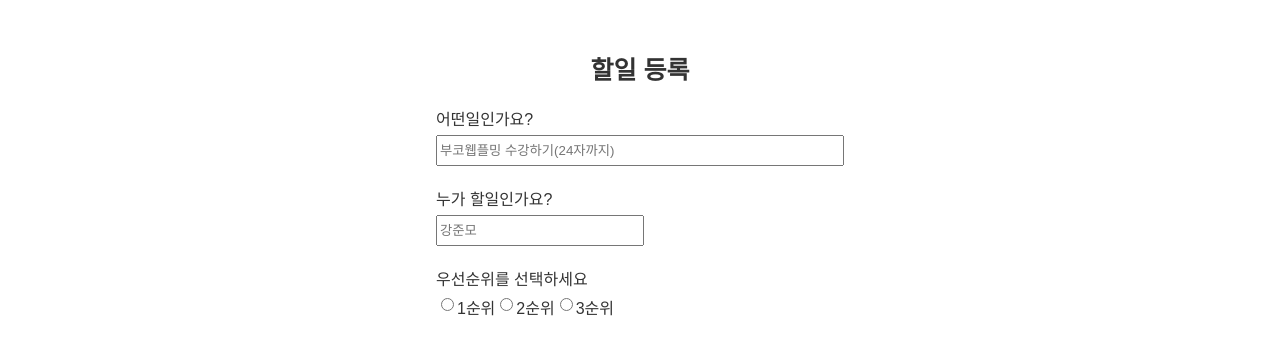
Repository: JmKanmo/BoostCourse_WebProgramming
Page: http://localhost/Todo/TodoFormServlet
An editor plug-in stored every save of this project. The page is shown before and after the next save, followed by the edit.
The browser window is 1280 px wide. The pictures show the whole page.
The page is served by Tomcat 9. Other server files are loaded and not shown.

Above is the page before, as saved 2020-01-20 23:50:55.

### Todo/src/main/webapp/todoForm.jsp
<%@ page language="java" contentType="text/html; charset=UTF-8"
	pageEncoding="UTF-8"%>
<!DOCTYPE html>
<html>
<head>
<meta charset="UTF-8">
<title>Insert title here</title>
<link rel="stylesheet" href="./css/todoForm.css">
</head>

<body>
	<div class="wrap">
		<form action="">
			<h1 class="title">할일 등록</h1>

			<div class="work_box">
				<label for="work">어떤일인가요?</label> <input type="text" id="work"
					class="workInput" placeholder="부코웹플밍 수강하기(24자까지)" required />
			</div>

			<div class="who_box">
				<label for="who">누가 할일인가요?</label> <input type="text" id="who"
					class="whoInput" placeholder="강준모" required />
			</div>

			<div class="priority_box clear_fix">
				<label for="priority_1th">우선순위를 선택하세요</label>

				<div class="priority clear_fix">
					<input type="radio" id="priority_1th" name="priority" value="1th">
					<label for="priority_1th">1순위</label>
				</div>

				<div class="priority clear_fix">
					<input type="radio" id="priority_2th" name="priority" value="2th">
					<label for="priority_2th">2순위</label>
				</div>

				<div class="priority clear_fix">
					<input type="radio" id="priority_3th" name="priority" value="3th">
					<label for="priority_3th">3순위</label>
				</div>
			</div>


		</form>
	</div>
</body>
</html>

### Todo/src/main/java/Todo/TodoFormServlet.java
package Todo;

import java.io.IOException;

import javax.servlet.RequestDispatcher;
import javax.servlet.ServletException;
import javax.servlet.annotation.WebServlet;
import javax.servlet.http.HttpServlet;
import javax.servlet.http.HttpServletRequest;
import javax.servlet.http.HttpServletResponse;

/**
 * Servlet implementation class TodoFormServlet
 */
@WebServlet("/TodoFormServlet")
public class TodoFormServlet extends HttpServlet {
	private static final long serialVersionUID = 1L;

	/**
	 * @see HttpServlet#HttpServlet()
	 */
	public TodoFormServlet() {
		super();
		// TODO Auto-generated constructor stub
	}

	/**
	 * @see HttpServlet#doGet(HttpServletRequest request, HttpServletResponse
	 *      response)
	 */
	protected void doGet(HttpServletRequest request, HttpServletResponse response)
			throws ServletException, IOException {
		// TODO Auto-generated method stub
		RequestDispatcher requestDispatcher = getServletContext().getRequestDispatcher("/todoForm.jsp");
		requestDispatcher.forward(request, response);
	}

}

### Todo/src/main/webapp/css/todoForm.css
@charset "utf-8";

/* 초기화 */
html, body, h1, h2, h3, ul, ol, p, a, dl, dt, dd, figure {
	margin: 0;
	padding: 0;
	font-family: '나눔 고딕', NanumGothic, '돋움', Dotum, sans-serif;
	list-style: none;
	font-weight: normal;
	text-decoration: none;
	outline: none;
	color: #333;
}

.clear_fix::after {
	display: block;
	content: "";
	clear: both;
}

.blind {
	position: absolute;
	clip: rect(0, 0, 0, 0);
	width: 1px;
	height: 1px;
	margin: -1px;
	overflow: hidden;
}

.wrap {
	width: max-content;
	margin: 50px auto;
}

.wrap .title {
	font-size: 25px;
	text-align: center;
	font-weight: bold;
	text-align: center;
}

.work_box, .who_box, .priority_box {
	margin-top: 20px;
}

.work_box input {
	width: 400px;
	height: 25px;
	margin-top:5px;
}

.wrap label {
	display: block;
}

.who_box input {
	margin-top:5px;
	height: 25px;
	width: 200px;
}

.priority_box .priority {
	margin-top:5px;
	float: left;
}

.priority label, .priority input {
	float: left;
}

After the next save:
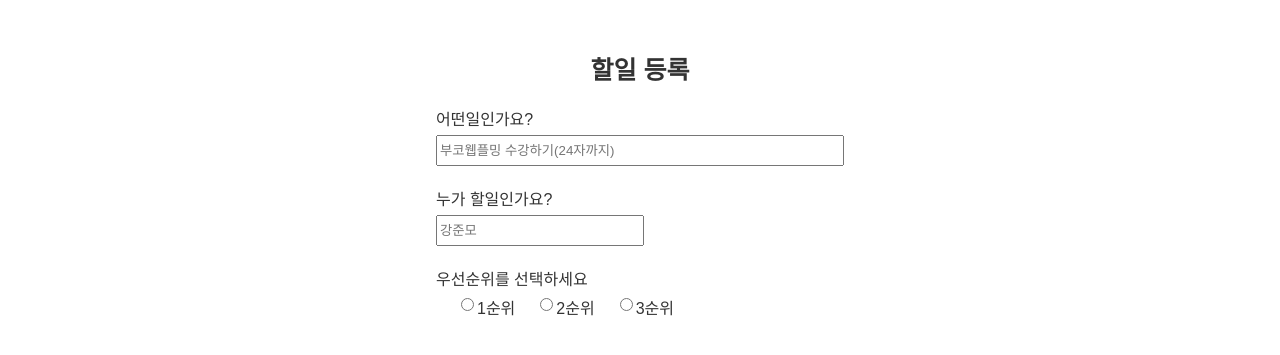
Saved 13 min 30 s later.
--- a/Todo/src/main/webapp/css/todoForm.css
+++ b/Todo/src/main/webapp/css/todoForm.css
@@ -46,7 +46,7 @@ html, body, h1, h2, h3, ul, ol, p, a, dl, dt, dd, figure {
 .work_box input {
 	width: 400px;
 	height: 25px;
-	margin-top:5px;
+	margin-top: 5px;
 }
 
 .wrap label {
@@ -54,16 +54,20 @@ html, body, h1, h2, h3, ul, ol, p, a, dl, dt, dd, figure {
 }
 
 .who_box input {
-	margin-top:5px;
+	margin-top: 5px; height : 25px;
+	width: 200px;
 	height: 25px;
-	width: 200px;
 }
 
 .priority_box .priority {
-	margin-top:5px;
+	margin-top: 5px;
 	float: left;
 }
 
 .priority label, .priority input {
 	float: left;
 }
+
+.priority:nth-child(n+2) {
+	margin-left: 20px;
+}
